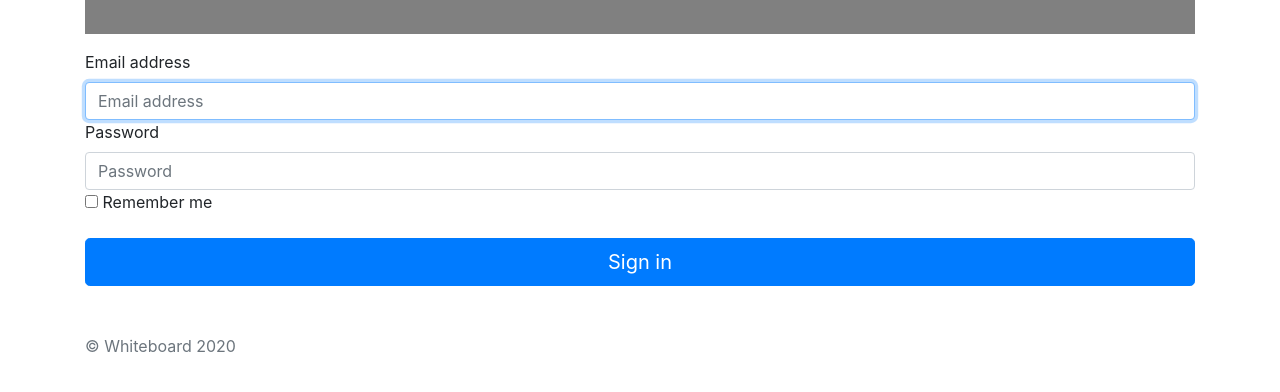
Repository: tinawu0603/cs4550-sp2020-whiteboard-springboot
Page: whiteboard/src/main/webapp/login/login.template.client.html
The author's editor kept a copy of each file at every save. The page is drawn from the files as they stood at one save, then again after the next save.
The browser window is 1280 px wide. The pictures show the whole page.

Above is the page before, as saved 2020-01-15 22:21:15.

### whiteboard/src/main/webapp/login/login.template.client.html
<!DOCTYPE html>
<html>
<head>
<meta charset="ISO-8859-1">
<title>Login</title>
<link
	href="https://stackpath.bootstrapcdn.com/bootstrap/4.4.1/css/bootstrap.min.css"
	rel="stylesheet"
/>
<link href="../css/styles.css" rel="stylesheet" />
</head>
<body>
	<div class="container">
		<div class="row">
			<div class="col-sm">
				<form class="form-signin">
					<h1 class="h3 mb-3 font-weight-normal">Sign In</h1>
					<label for="inputEmail">Email address</label>
					<input type="email" id="inputEmail" class="form-control"
						placeholder="Email address" required="" autofocus=""
					>
					<label for="inputPassword">Password</label>
					<input type="password" id="inputPassword" class="form-control"
						placeholder="Password" required=""
					>
					<div class="checkbox mb-3">
						<label>
							<input type="checkbox" value="remember-me">
							Remember me
						</label>
					</div>
					<button class="btn btn-lg btn-primary btn-block" type="submit">Sign
						in</button>
					<p class="mt-5 mb-3 text-muted">© Whiteboard 2020</p>
				</form>
			</div>
		</div>
	</div>
</body>
</html>

### whiteboard/src/main/webapp/css/styles.css
@charset "ISO-8859-1";

h1 {
	color: gray;
	background-color: gray;
}

After the next save:
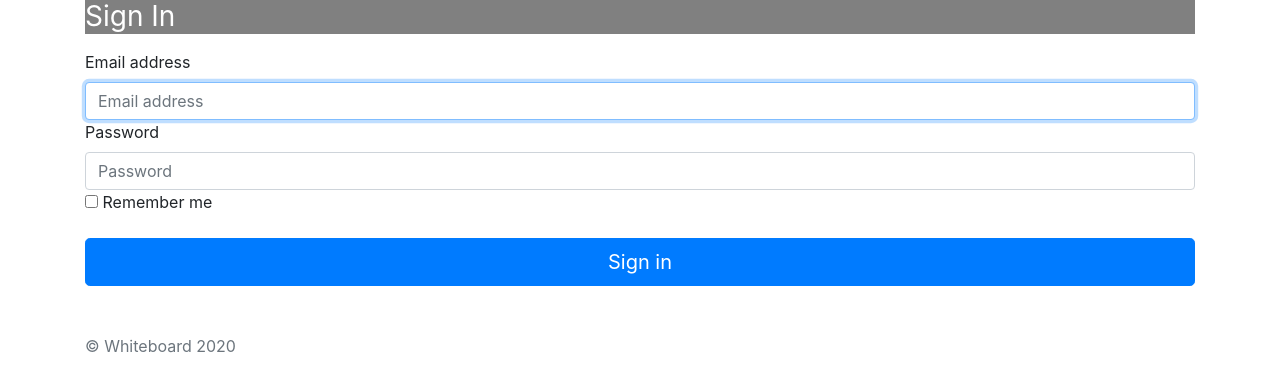
Saved 21 s later.
--- a/whiteboard/src/main/webapp/css/styles.css
+++ b/whiteboard/src/main/webapp/css/styles.css
@@ -1,6 +1,6 @@
 @charset "ISO-8859-1";
 
 h1 {
-	color: gray;
+	color: white;
 	background-color: gray;
 }
